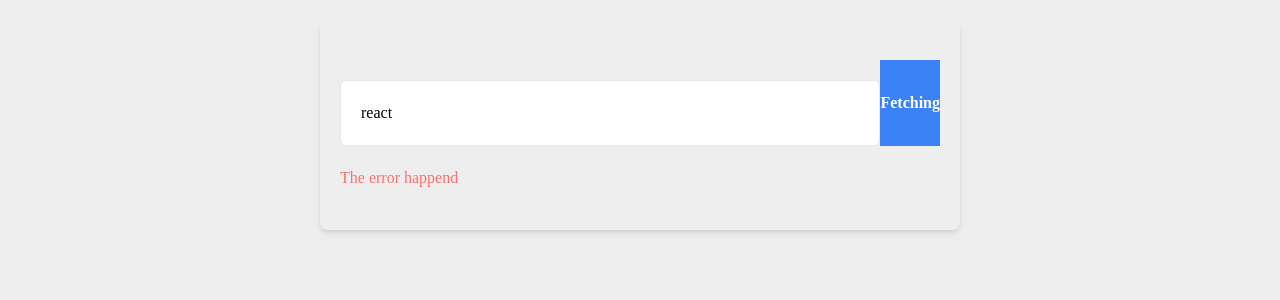
Repository: 16-Doffy/Fe-Khhoahoc
Page: /
These files come from the project's save history. The page is drawn as it stood at one moment and after the next save; the edit follows.
The browser window is 1280 px wide. The pictures show the whole page.
The page's requests for data from a server got no answer. The project was rebuilt for these pictures with package versions that can differ from the ones it lists, and the page was loaded fresh each time. No one was signed in, and anything a server would have sent is missing. Also part of the build but not shown: src/App.css.

Above is the page before, as saved 2025-01-14 15:52:06.

### src/index.js
import React from 'react';
import ReactDOM from 'react-dom/client';
import './index.css';
import App from './App';
import reportWebVitals from './reportWebVitals';
import "./index.scss"
const root = ReactDOM.createRoot(document.getElementById('root'));
root.render(
  <React.StrictMode>
    <App />
  </React.StrictMode>
);

// If you want to start measuring performance in your app, pass a function
// to log results (for example: reportWebVitals(console.log))
// or send to an analytics endpoint. Learn more: https://bit.ly/CRA-vitals
reportWebVitals();

### src/App.js

import "./App.css";
import HackerNews from "./components/news/HackerNews";



const App = () => {
  return (

    <HackerNews></HackerNews>
  );
};

export default App;













//<CardList><Card2/>
// const theme = {
//   //wanna change color in the future come here to change
//   colors: {
//     blue: "#2979ff",
//   },
//   orange: "#ffa440",
// };
// {/* <ThemeProvider theme={theme}>
// <CardList>
// <Card2 secondary={true}></Card2>
// <Card2 secondary={false}></Card2>
// <Card2 secondary={true}></Card2>
// <Card2 secondary={false}></Card2>
// <Card2 secondary={true}></Card2>
//  </CardList>
// </ThemeProvider> */}

### src/index.scss
@tailwind base;
@tailwind components;
@tailwind utilities;

@layer base {
    @import url("https://fonts.googleapis.com/css2?family=Poppins:ital,wght@0,100;0,200;0,300;0,400;0,500;0,600;0,700;0,800;0,900;1,100;1,200;1,300;1,400;1,500;1,600;1,700;1,800;1,900&display=swap");
    body{
        font-family: "Poppins", serif;
    }
}

### src/components/news/HackerNews.js
import axios from "axios";
import React, { useState, useEffect, useRef } from "react";
import lodash from "lodash";
// http://hn.algolia.com/api/v1/search?query=react
const HackerNews = () => {
  const [hits, setHits] = useState([]);
  const [query, setQuery] = useState("react");
  const [loading, setLoading] = useState(true);
  const [error, setError] = useState("");
  const handleFetchResponse = useRef({});
  handleFetchResponse.curent = async () => {
    setLoading(true);
    try {
      const response = await axios.get(
        `http://hn.algolia.com/api/v1/search?query=${query}`
      );
      setHits(response.data?.hits || []);
      setLoading(false);
    } catch {
      // console.log(response);
      setLoading(false);
      setError(`The error happend ${error}`);
    }
  };
  const handleUpdateQuery = lodash.debounce((e) => {
    setQuery(e.target.value);
  }, 100);
  useEffect(() => {
    handleFetchResponse.curent();
  }, [query]);
  return (
    <div className=" mx-auto mb-5 mt-5 p-5 rounded-lg shadow-md w-2/4">
    <div class="flex mb-5 mt-5">
    <input
        type="text"
        className="
          border border-blue-1000
          text-black p-5  mt-5 block w-full
           rounded-md focus:border-blue-400"
        placeholder="Enter your keyword..."
        defaultValue={query}
        onChange={handleUpdateQuery}
      />
      <button className="bg-blue-500 text-white font-semibold">Fetching</button>
    </div>
      {loading && (
        <div
          className=" loading w-8 h-8  rounded-full  border-blue-300 border-4
    border-r-4 border-r-transparent animate-spin mx-auto"
        ></div>
      )}
      {!loading && error && <p className="text-red-400 my-5">{error}</p>}
      <div class="flex flex-wrap gap-5">
        {!loading &&
          hits.length > 0 &&
          hits.map((item, index) => (
            <h3
              className="
             p-3 bg-gray-300 rounded-sm"
              key={item.title}
            >
              {item.title}
            </h3>
          ))}
      </div>
    </div>
  );
};

export default HackerNews;

### tailwind.config.js
/** @type {import('tailwindcss').Config} */
module.exports = {
  mode: "jit",
  content: ["./src/**/*.{html,js}"],
  theme: {
    extend: {
      backgroundImage: {
        'radiant': `linear-gradient(0.25turn, #3f87a6, #ebf8e1, #f69d3c)`,
        'footer-texture': "url('/img/footer-texture.png')", // Sửa ở đây
        'secondary-radiant': `linear-gradient(#e66465, #9198e5)`,
      },
    },
  },
  plugins: [],
}

Loaded but not shown: public/index.html (common file); src/index.css (common file); src/reportWebVitals.js (common file)

After the next save:
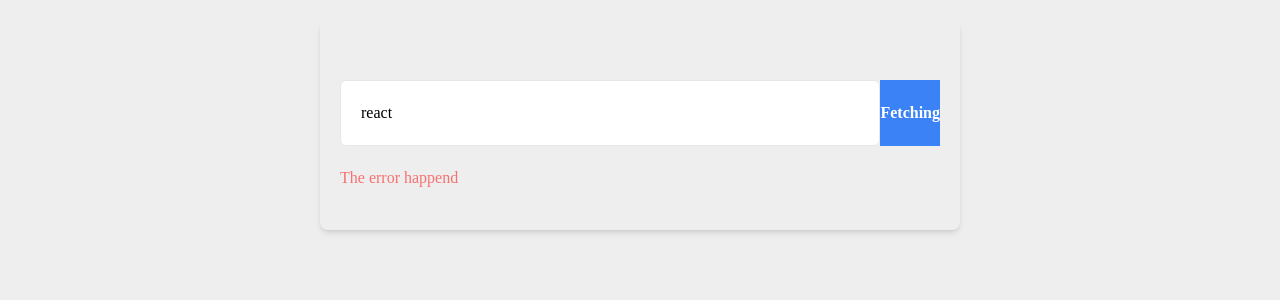
Saved 7 s later.
--- a/src/components/news/HackerNews.js
+++ b/src/components/news/HackerNews.js
@@ -41,7 +41,7 @@ const HackerNews = () => {
         defaultValue={query}
         onChange={handleUpdateQuery}
       />
-      <button className="bg-blue-500 text-white font-semibold">Fetching</button>
+      <button className="bg-blue-500 text-white font-semibold mt-5">Fetching</button>
     </div>
       {loading && (
         <div
